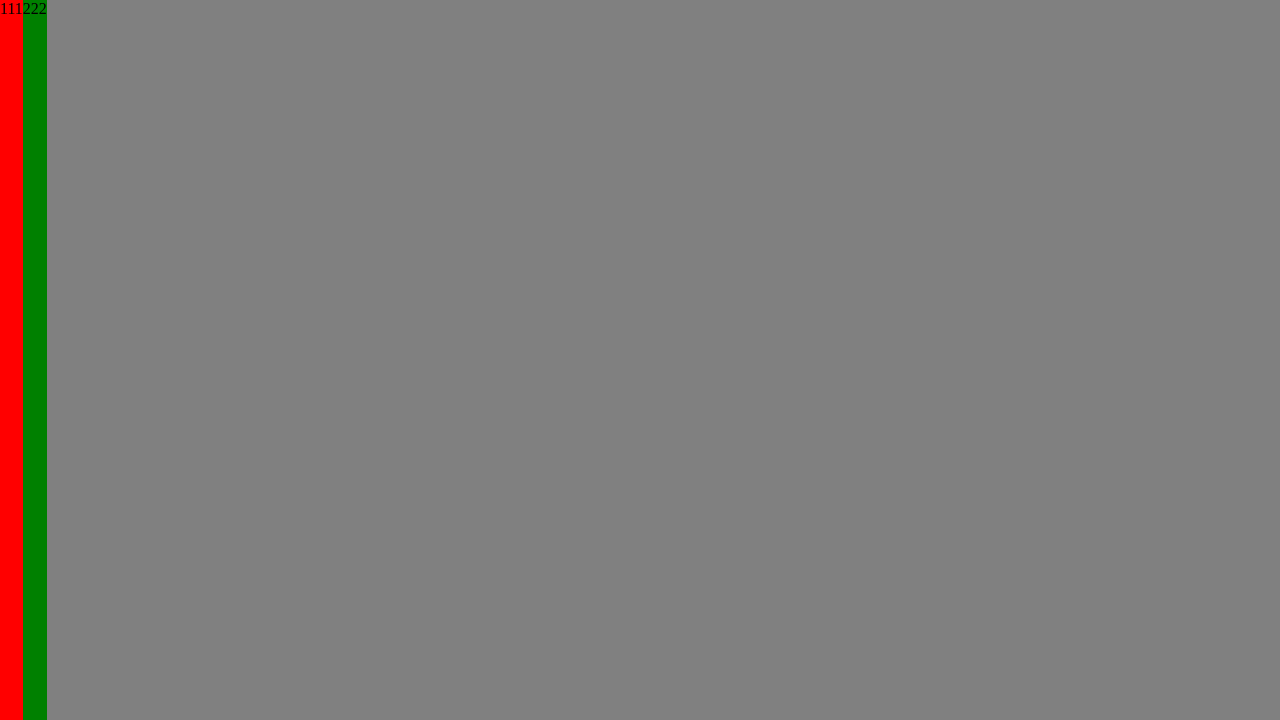
Repository: lihaitao123321/vue-demo-1
Page: /
These files come from the project's save history. The page is drawn as it stood at one moment and after the next save; the edit follows.
The browser window is 1280 px wide. The pictures show the whole page.
The project was rebuilt for these pictures with package versions that can differ from the ones it lists, and the page was loaded fresh each time.

Above is the page before, as saved 2021-12-20 10:21:10.

After the next save:
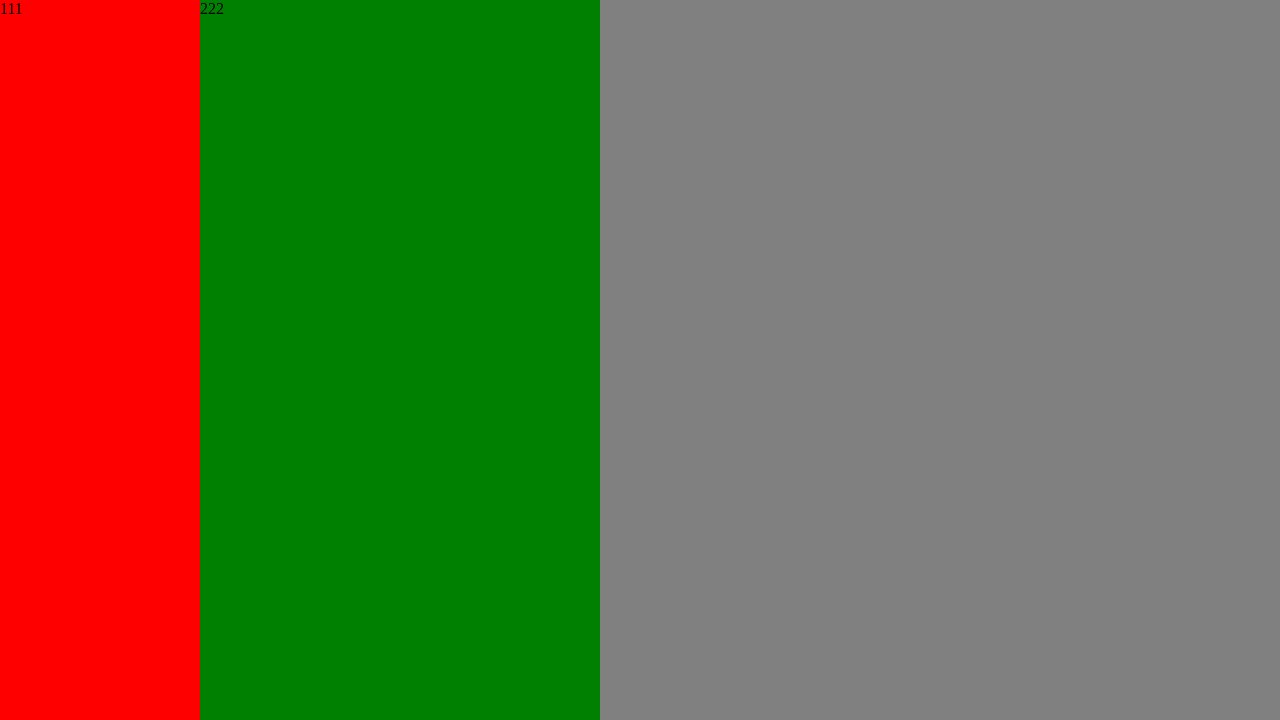
Saved 40 s later.
--- a/src/App.vue
+++ b/src/App.vue
@@ -38,8 +38,10 @@ body {
 }
 .div1 {
   background-color: red;
+  width: 200px;
 }
 .div2 {
   background-color: green;
+  width: 400px;
 }
 </style>
